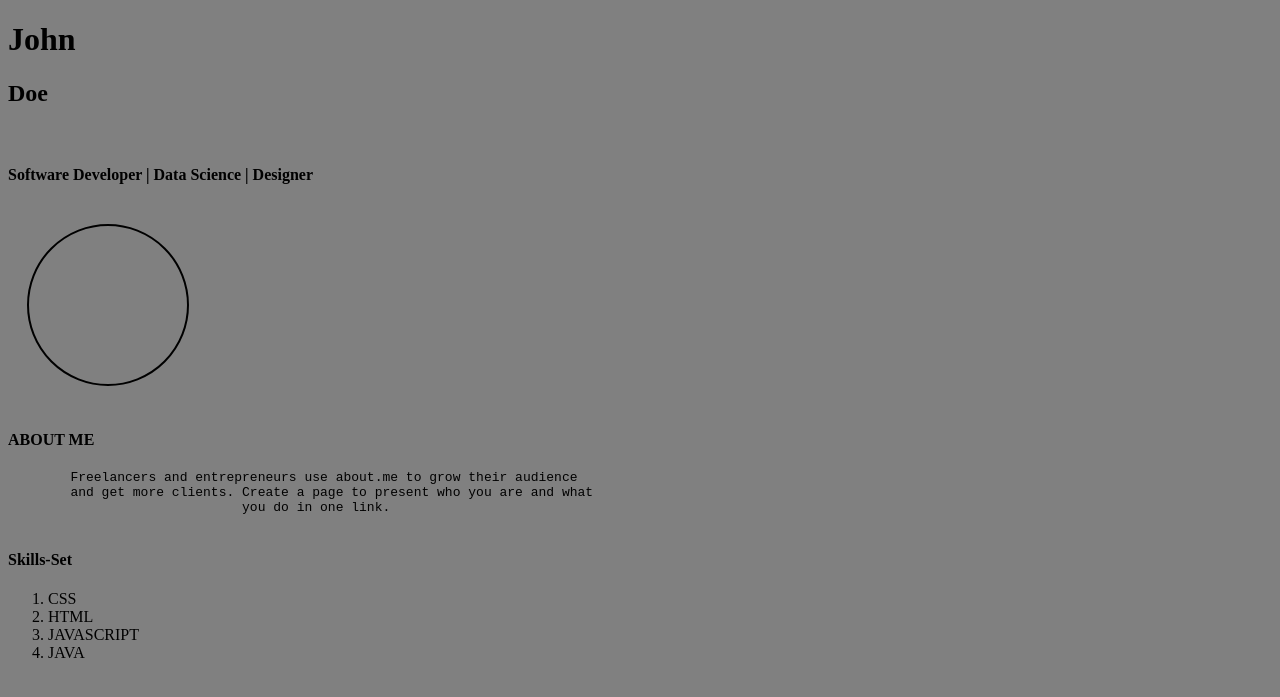
Repository: mrjayajay/week-1-code-challenges
Page: assignment/index.html
An editor plug-in stored every save of this project. The page is shown before and after the next save, followed by the edit.
The browser window is 1280 px wide. The pictures show the whole page.

Above is the page before, as saved 2024-03-10 17:05:29.

### assignment/index.html
<!DOCTYPE html>
<html lang="en">
<head>
    <meta charset="UTF-8">
    <meta name="viewport" content="width=device-width, initial-scale=1.0">
    <title>ASSIGNMENT</title>
    <link rel="stylesheet" href="style.css">
</head>
<body>
    <h1>John</h1>
    <h2>Doe</h2>
    <br>
    <h4>Software Developer | Data Science | Designer</h4>
     <div id="circ" class="list">
    <svg width="200" height="200">
    <circle cx="100" cy="100" r="80" fill="GREY" stroke="black" stroke-width="2"/></svg>

    </div>
    <h4 text-align="centre">ABOUT ME</h4>
    <pre>
        Freelancers and entrepreneurs use about.me to grow their audience
        and get more clients. Create a page to present who you are and what
                              you do in one link.
    </pre>
    <h4>Skills-Set</h4>
    <ol>
        <li>CSS</li>
        <LI>HTML</LI>
        <LI>JAVASCRIPT</LI>
        <LI>JAVA</LI>
    </ol>


        </body>
    </svg>
</body>
</html>

### assignment/style.css
*{
    padding:0px
    margin:0px
}
body {
    background-color: grey;
    font-family: 'Times New Roman', Times, serif;
}

After the next save:
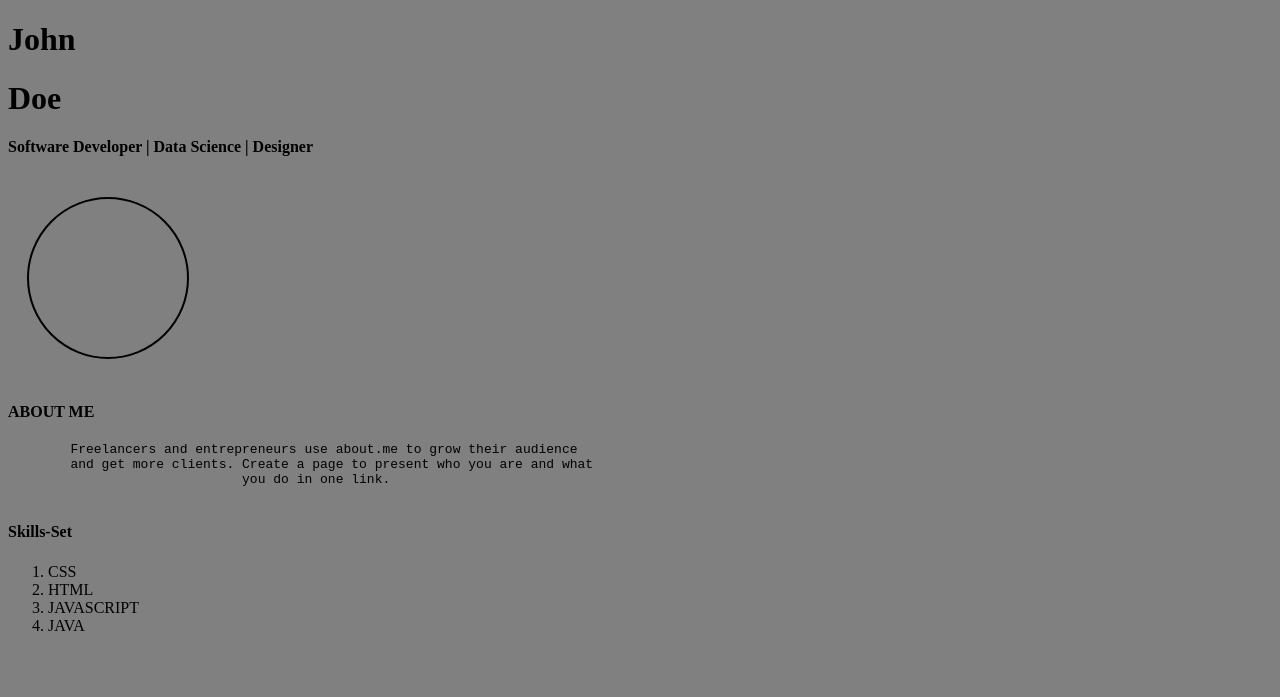
Saved 74 s later.
--- a/assignment/index.html
+++ b/assignment/index.html
@@ -8,8 +8,7 @@
 </head>
 <body>
     <h1>John</h1>
-    <h2>Doe</h2>
-    <br>
+    <h1>Doe</H1>
     <h4>Software Developer | Data Science | Designer</h4>
      <div id="circ" class="list">
     <svg width="200" height="200">
